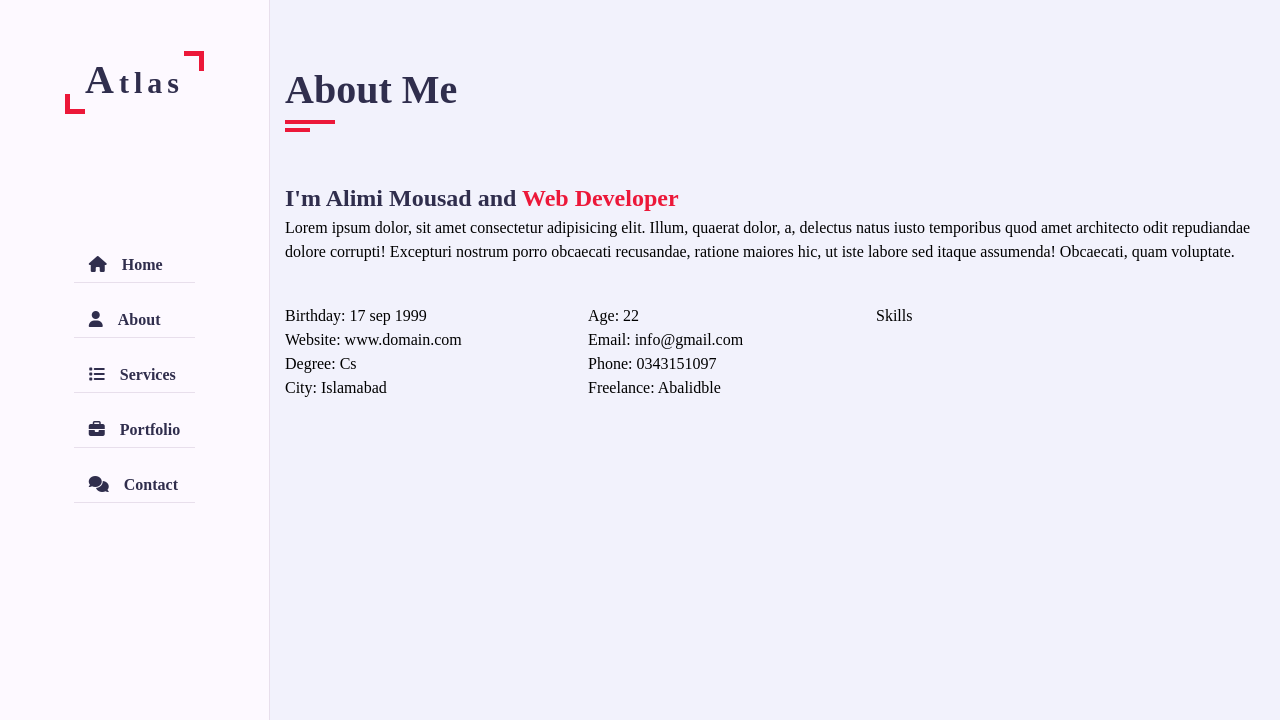
Repository: luanhoang0902/portfolio-ui
Page: index.html
The author's editor kept a copy of each file at every save. The page is drawn from the files as they stood at one save, then again after the next save.
The browser window is 1280 px wide. The pictures show the whole page.
Some web fonts or font styles are not loaded; a fallback is used. Some web libraries are served in a nearby version.

Above is the page before, as saved 2022-06-02 16:12:04.

### index.html
<!DOCTYPE html>
<html lang="en">
  <head>
    <meta charset="UTF-8" />
    <meta http-equiv="X-UA-Compatible" content="IE=edge" />
    <meta name="viewport" content="width=device-width, initial-scale=1.0" />
    <title>Document</title>

    <!--  ===== CSS Files ===== -->
    <link rel="stylesheet" href="./css/style.css" />
    <link rel="stylesheet" href="./css/skins/color-1.css" />
    <link
      rel="stylesheet"
      href="https://cdnjs.cloudflare.com/ajax/libs/font-awesome/6.1.1/css/all.min.css"
    />
  </head>
  <body>
    <!--  ===== Main Container Start> ===== -->
    <div class="main-container">
      <!--  ===== Aside Start> ===== -->
      <div class="aside">
        <div class="logo">
          <a href="#"><span>A</span>tlas</a>
        </div>
        <div class="nav-toggler">
          <span></span>
        </div>
        <ul class="nav">
          <li><a href="#"><i class="fa fa-home" class = "active"></i>Home</a></li>
          <li><a href="#"><i class="fa fa-user"></i>About</a></li>
          <li><a href="#"><i class="fa fa-list"></i>Services</a></li>
          <li><a href="#"><i class="fa fa-briefcase"></i>Portfolio</a></li>
          <li><a href="#"><i class="fa fa-comments"></i>Contact</a></li>
        </ul>
      </div>
      <!--  ===== Aside End> ===== -->
      <!--  ===== Main Content Start> ===== -->
      <div class="main-content">
        <!--  ===== Home Selection Start> ===== -->
        <section class="home section hidden">
          <div class="container">
            <div class="row">
              <div class="home-info padd-15">
                <h3 class="hello">Hello, my name is <span class="name">Alimi Mousaad</span></h3>
                <h3 class="my-profession">I'm a <span class="typing">web designer</span></h3>
                <p>Lorem ipsum, dolor sit amet consectetur adipisicing elit. Molestiae quos assumenda at illum nisi dolores sequi quisquam? Eaque, earum temporibus.</p>
                <a href="#contact" class = "btn hire-me">Hire Me</a>
              </div>
              <div class="home-img ">
                <img src="./images/avatar.JPG" alt="">
              </div>
            </div>
          </div>
        </section>
        <!--  ===== Home Selection End> ===== -->
        <!--  ===== About Selection Start> ===== -->
        <section class="about section padd-15">
          <div class="container">
            <div class="row">
              <div class="section-title padd-15">
                <h2>About Me</h2>
              </div>
            </div>
            <div class="row">
              <div class="about-content padd-15">
                <div class="row">
                  <div class="about-text padd-15">
                    <h3>I'm Alimi Mousad and <span>Web Developer</span></h3>
                    <p>Lorem ipsum dolor, sit amet consectetur adipisicing elit. Illum, quaerat dolor, a, delectus natus iusto temporibus quod amet architecto odit repudiandae dolore corrupti! Excepturi nostrum porro obcaecati recusandae, ratione maiores hic, ut iste labore sed itaque assumenda! Obcaecati, quam voluptate.</p>
                  </div>
                </div>
                <div class="row">
                  <div class="personal-info padd-15">
                    <div class="row">
                      <div class="info-item padd-15">
                        <p>Birthday: <span>17 sep 1999</span></p>
                      </div>
                      <div class="info-item padd-15">
                        <p>Age: <span>22</span></p>
                      </div>
                      <div class="info-item padd-15">
                        <p>Website: <span>www.domain.com</span></p>
                      </div>
                      <div class="info-item padd-15">
                        <p>Email: <span>info@gmail.com</span></p>
                      </div>
                      <div class="info-item padd-15">
                        <p>Degree: <span>Cs</span></p>
                      </div>
                      <div class="info-item padd-15">
                        <p>Phone: <span>0343151097</span></p>
                      </div>
                      <div class="info-item padd-15">
                        <p>City: <span>Islamabad</span></p>
                      </div>
                      <div class="info-item padd-15">
                        <p>Freelance: <span>Abalidble</span></p>
                      </div>
                    </div>
                  </div>
                  <div class="skills">Skills</div>
                </div>
              </div>
            </div>
          </div>
        </section>
        <!--  ===== About Selection End> ===== -->
      </div>
       <!--  ===== Main Content End> ===== -->
    </div>
    <!--  ===== Main Container End> ===== -->
    <!--  ===== JS Files ===== -->
    <script src="js/script.js"></script>
  </body>
</html>

### css/style.css
/* import font chữ vào */
@import url('https://fonts.googleapis.com/css2?family=Clicker+Script&family=Montserrat:ital,wght@1,100&family=Poppins:ital,wght@0,200;0,300;0,400;0,500;0,700;1,600&display=swap');
/* Khai báo biến */
:root
{
    --bg-black-900: #f2f2fc;
    --bg-black-100: #fdf9ff;
    --bg-balck-50: #e8dfec;

    --text-black-900: #302e4d;
    --text-black-700: #504e70;
}

body
{
    line-height: 1.5;
    font-size: 16px;
    font-family: 'Poopins' sans-serif;
}

*
{
    margin: 0;
    padding: 0;
    outline: none;
    text-decoration: none;
    box-sizing: border-box;
}

::before,::after {
    box-sizing: border-box;
}

ul
{
    list-style: none;
}
.section
{
    background: var(--bg-black-900);
    min-height: 100vh;
    display: block;
    padding: 0 30px;
    left: 270px;
    opacity: 1;
}
.hidden
{
    display: none !important;
}
.main-content
{
    padding-left: 270px;
}
.padd-15
{
    padding-left: 15px;
    padding-right: 15px;
}
.container
{
    max-width: 1100px;
    width: 100%;
    margin: auto;
}
.section .container
{
    padding-top: 60px;
    padding-bottom: 70px;
}
.section-title
{
     flex: 0 0 100%;
     min-width: 100%;
     margin-bottom: 60px;
}
.section-title h2
{
    font-size: 40px;
    color: var(--text-black-900);
    font-weight: 700;
    position: relative;
}
.section-title h2::before
{
    content: '';
    height: 4px;
    width: 50px;
    background-color: var(--skin-color);
    position:absolute;
    top: 100%;
    left: 0;
}
.section-title h2::after
{
    content: '';
    height: 4px;
    width: 25px;
    background-color: var(--skin-color);
    position:absolute;
    top: 100%;
    left: 0;
    margin-top: 8px;
}
.row
{
    display: flex;
    flex-wrap: wrap;
    margin-left: -15px;
    margin-right: -15px;
    position: relative;
}
.btn
{
    font-size: 16px;
    font-weight: 500;
    padding: 12px 35px;
    color: white;
    border-radius: 40px;
    display: inline-block;
    white-space: nowrap;
    border: none;
    background: var(--skin-color);
    transition: all 0.3s ease;
}
.btn:hover
{
    transform: scale(1.05);
}
/* aside */
.aside
{
    position: fixed;
    left: 0;
    top: 0;

    display: flex;
    justify-content: center;
    align-items: center;

    width: 270px;

    background: var(--bg-black-100);

    border-right: 1px solid var(--bg-balck-50);
    padding: 30px;
    height: 100%;
    z-index: 10;
}
.aside .logo
{
    position: absolute;
    top: 50px;
    font-size: 30px;
    text-transform: capitalize;
}
.aside .logo a
{
    position: relative;
    color: var(--text-black-900);
    font-weight: 700;

    padding: 15px 20px;
    font-size:30px;
    letter-spacing: 5px;
}
.aside .logo a span
{
    font-family: 'Click Script', cursive;
    font-size: 40px;
}
.aside .logo a::before
{
    content: '';
    position: absolute;
    bottom: 0;
    left: 0;
    width: 20px;
    height: 20px;

    border-bottom: 5px solid var(--skin-color);
    border-left: 5px solid var(--skin-color);
}
.aside .logo a::after
{
    content: '';
    position: absolute;
    top: 0;
    right: 0;
    width: 20px;
    height: 20px;

    border-top: 5px solid var(--skin-color);
    border-right: 5px solid var(--skin-color);
}
.aside .nav-toggler
{
    height: 40px;
    width: 45px;
    border: 1px solid var(--bg-balck-50);
    cursor: pointer;
    position: fixed;
    left: 300px;
    top: 20px;
    border-radius: 5px;
    background: var(--bg-balck-100);
    display: none;
    justify-content: center;
    align-items: center;
}
.aside .nav-toggler span
{
    height: 2px;
    width: 18px;
    background: var(--skin-color);
    display: inline-block;
    position: relative;
}
.aside .nav-toggler span::before
{
    content: '';
    height: 2px;
    width: 18px;
    background: var(--skin-color);
    position: absolute;
    top: -6px;
    left: 0;
}
.aside .nav-toggler span::after
{
    content: '';
    height: 2px;
    width: 18px;
    background: var(--skin-color);
    position: absolute;
    top: 6px;
    left: 0;
}
.aside .nav
{
    margin-top: 50px;
}
.aside .nav li
{
    margin-bottom: 20px;
    display: block;
}
.aside .nav li a
{
    font-size: 16px;
    font-weight: 600;
    display: block;
    border-bottom: 1px solid var(--bg-balck-50);
    color: var(--text-black-900);
    padding: 5px 15px;
}
.aside .nav li a.active
{
    color: var(--skin-color);
}
.aside .nav li a i
{
    margin-right: 15px;
}
/* Home */
.home
{
    min-height: 100vh;
    display: flex;
    color: var(--text-black-900);
}
.home .home-info
{
    flex: 0 0 60%;
    min-width: 60%;
}
h3.hello
{
    font-size: 28px;
    margin: 15px 0;
}
h3.hello span
{
    font-family: 'Clicker Script', cursive;
    font-size: 30px;
    font-weight: 700;
    color: var(--skin-color);
}
h3.my-profession
{
    font-size: 30px;
    margin: 15px 0;
}
.typing
{
    color: var(--skin-color);
}
.home-info p
{
    margin-bottom: 70px;
    font-size: 20px;
    color: var(--text-black-700);
}
.home .home-img
{
    flex: 0 0 40%;
    min-width: 40%;
    text-align: center;
    position: relative;

}
.home-img::after
{
    content: '';
    position: absolute;
    height: 80px;
    width: 80px;
    border-bottom: 10px solid var(--skin-color);
    border-right: 10px solid var(--skin-color);
    right: 20px;
    bottom: -40px;
}
.home-img::before
{
    content: '';
    position: absolute;
    height: 80px;
    width: 80px;
    border-top: 10px solid var(--skin-color);
    border-left: 10px solid var(--skin-color);
    left: 20px;
    top: -40px;
}
.home .home-img img
{
    height: 400px;
    width: 300px;
    object-fit: cover;

    margin: auto;
    border-radius: 5px;
}
/* About */
.about .about-content
{
    flex: 0 0 100%;
    min-width: 100%;

}
.about .about-content .about-text
{
    flex: 0 0 100%;
    max-width: 100%;
}
.about .about-content .about-text h3
{
    font-size: 24px;
    border-bottom: 15px;
    font-weight: 700;
    color: var(--text-black-900);
}
.about .about-content .about-text h3 span
{
    color: var(--skin-color);
}
.about .about-content .personal-info
{
    flex: 0 0 60%;
    max-width: 60%;
    margin-top: 40px;
}
.about .about-content .personal-info .info-item
{
    flex: 0 0 50%;
    max-width: 100%;
}
.about .about-content .skills
{
    flex: 0 0 40%;
    max-width: 40%;
    margin-top: 40px;
}

Loaded but not shown: css/skins/color-1.css (common file); js/script.js (no copy from this time; the picture is the same without it)

After the next save:
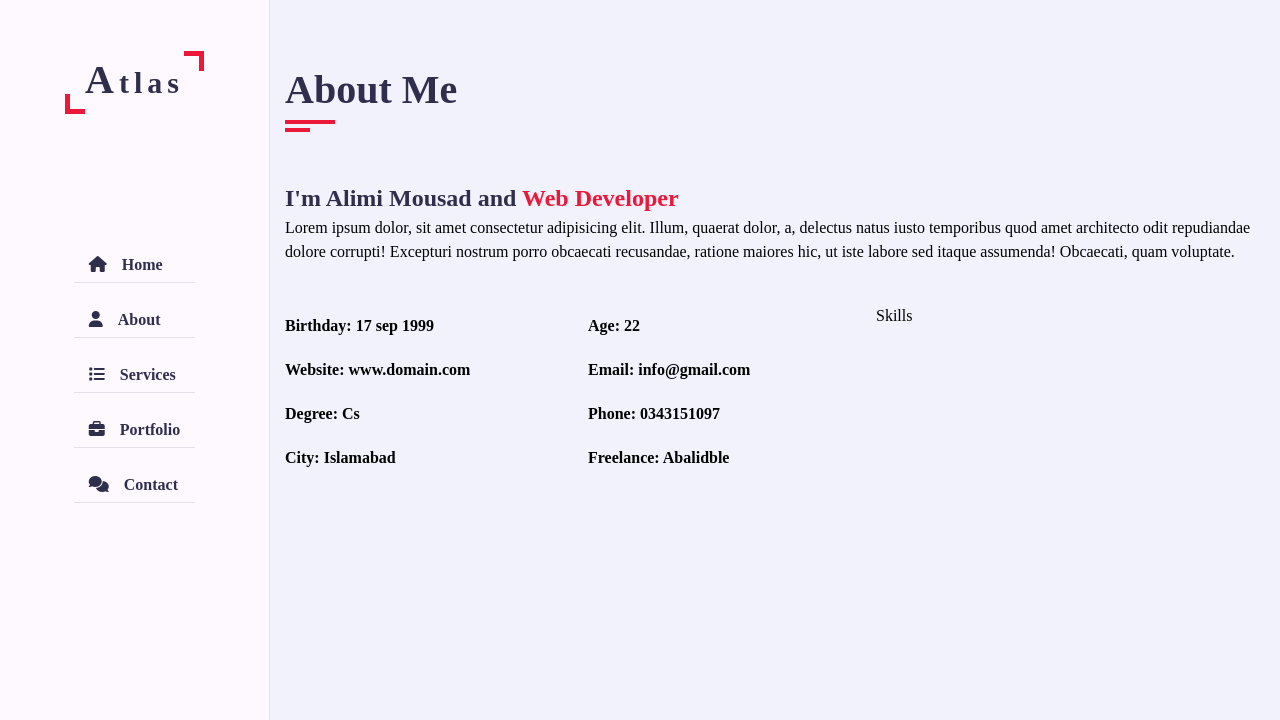
Saved 42 s later.
--- a/css/style.css
+++ b/css/style.css
@@ -374,6 +374,12 @@
     flex: 0 0 50%;
     max-width: 100%;
 }
+.about .about-content .personal-info .info-item p
+{
+    font-weight: 600;
+    padding: 10px 0;
+    font-size: 16px;
+}
 .about .about-content .skills
 {
     flex: 0 0 40%;
